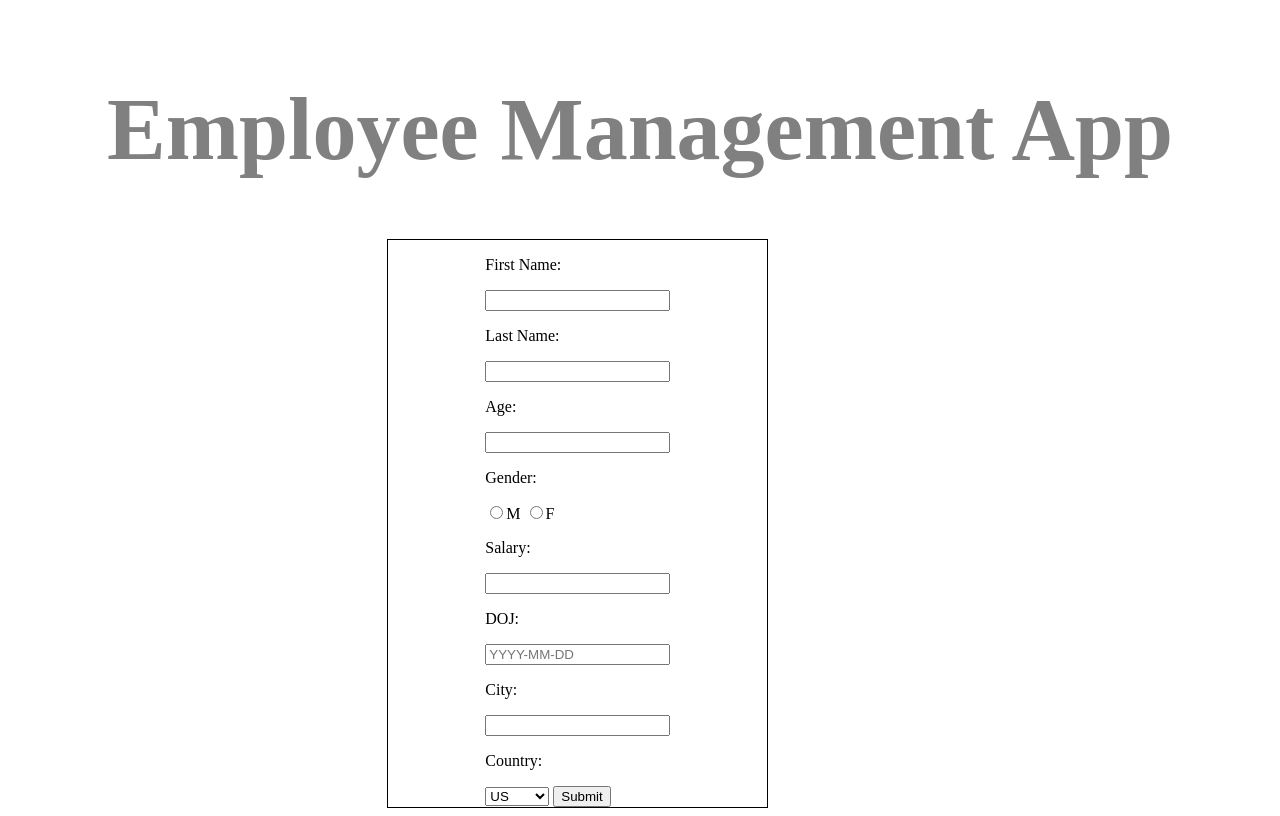
Repository: SaumyaGuptaTechnokrat/Employee_management
Page: http://localhost/Employee/index.jsp
An editor plug-in stored every save of this project. The page is shown before and after the next save, followed by the edit.
The browser window is 1280 px wide. The pictures show the whole page.
The page is served by Tomcat 9. Other server files are loaded and not shown.

Above is the page before, as saved 2023-02-10 17:32:47.

### Employee/src/main/webapp/index.jsp
<%@ page language="java" contentType="text/html; charset=ISO-8859-1"
    pageEncoding="ISO-8859-1"%>
<!DOCTYPE html>
<html>
<head>
<meta charset="ISO-8859-1">
<title>Insert title here</title>

</head>
<body>
<h1 style="text-align:center;padding-top:20px;color:gray;font-size:550%;">Employee Management App</h1>
<div style="margin:0% 30%;width:30%;border:1px black solid;display:grid;justify-content:center">
<form action="addRecord.jsp" method="post" >

		<p>First Name:</p><input name="fName" type="text"><br>
		<p>Last Name:</p><input name="lName" type="text"><br>
		<p>Age:</p><input name="age" type="number"><br>
		<p>Gender:</p><input name="Gender" type="radio" value="Male">M
		<input type="radio" name="Gender" value="Female">F<br>
		<p>Salary:</p><input name="salary" type="text"><br>
		<p>DOJ:</p><input name="Doj" placeholder="YYYY-MM-DD" type="text"><br>
		<p>City:</p><input name="City" type="text"><br>
		<p>Country:</p><select name="Country">
		<option value="US">US<option/>
		<option value="US">INDIA<option/>
		<option value="US">UK<option/>
		<option value="US">JAPAN<option/>
		</select>
		<input type="button" value="Submit">
</form>
	</div>

</body>
</html>

After the next save:
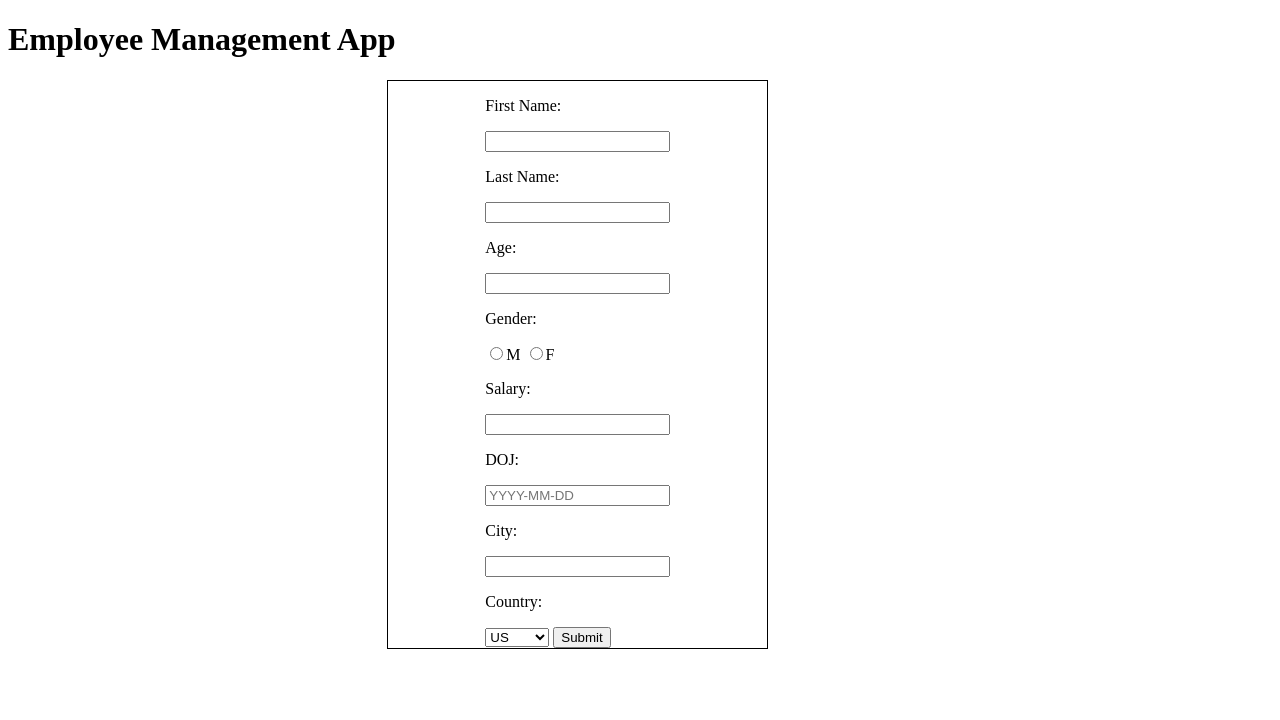
Saved 5 s later.
--- a/Employee/src/main/webapp/index.jsp
+++ b/Employee/src/main/webapp/index.jsp
@@ -8,7 +8,7 @@
 
 </head>
 <body>
-<h1 style="text-align:center;padding-top:20px;color:gray;font-size:550%;">Employee Management App</h1>
+<h1>Employee Management App</h1>
 <div style="margin:0% 30%;width:30%;border:1px black solid;display:grid;justify-content:center">
 <form action="addRecord.jsp" method="post" >
 
